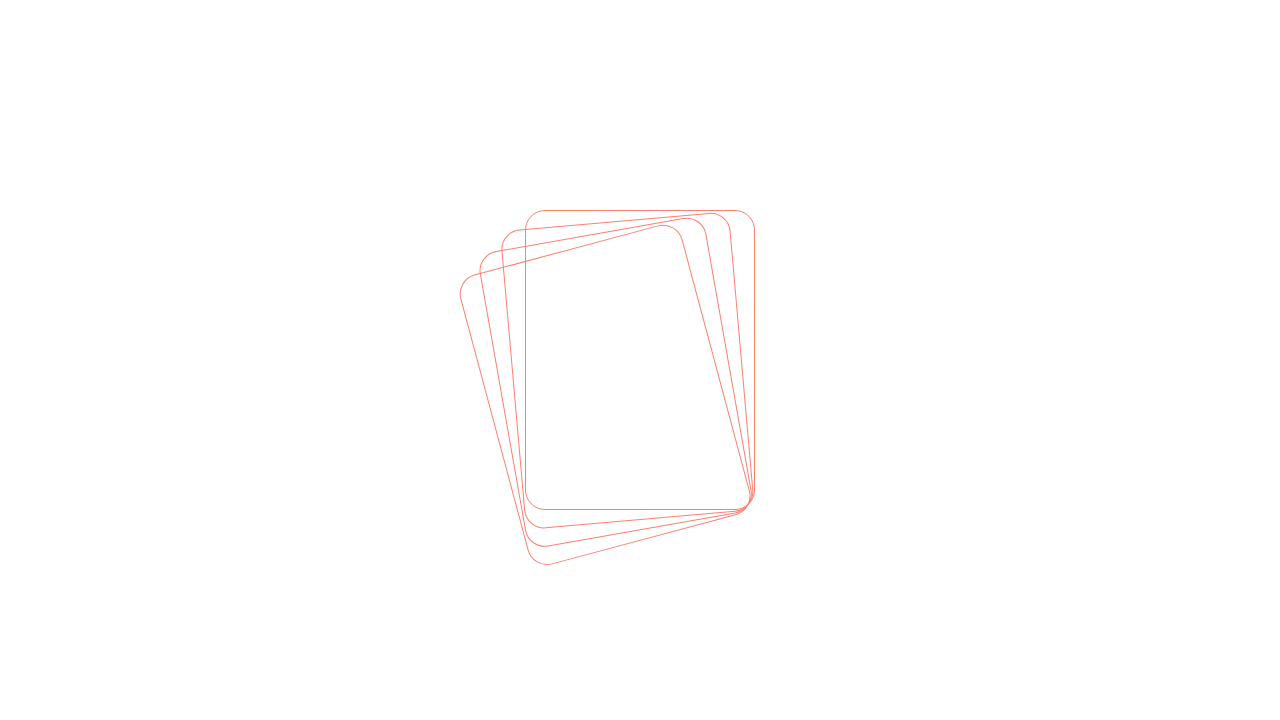
Repository: Chiranshukapil/html_css
Page: cards/index.html
An editor plug-in stored every save of this project. The page is shown before and after the next save, followed by the edit.
The browser window is 1280 px wide. The pictures show the whole page.

Above is the page before, as saved 2024-06-09 00:17:07.

### cards/index.html
<!DOCTYPE html>
<html lang="en">
    <head>
        <meta charset="UTF-8">
        <meta name="viewport" content="width=device-width, initial-scale=1.0">
        <title>Pokemon Cards</title>
        <link rel="stylesheet" href="style.css">
    </head>
    <body>
        <div id="main">
            <div id="card1" class="card"></div>
            <div id="card2" class="card"></div>
            <div id="card3" class="card"></div>
            <div id="card4" class="card"></div>

        </div>
    </body>
</html>

### cards/style.css
*{
    margin: 0%;
    padding: 0%;
    box-sizing: border-box;
}

html,body{
    height: 100%;
    width: 100%;

}

#main{
    width: 100%;
    height: 100%;
    /* display: flex;
    align-items: center;
    justify-content: center; */
}

.card{
    position: absolute;
    top: 50%;
    left: 50%;
    transform: translate(-50%,-50%);
    height: 300px;
    width: 230px;
    border: 1px solid salmon;
    border-radius: 20px;

}

#card1{
    z-index: 4;
    transform-origin: center;
}
#card2{
    z-index: 3;
    transform-origin: center;
    rotate: -5deg;
}
#card3{
    z-index: 2;
    transform-origin: center;
    rotate: -10deg;
}
#card4{
    transform-origin: center;
    z-index: 1;
    rotate: -15deg;
}

After the next save:
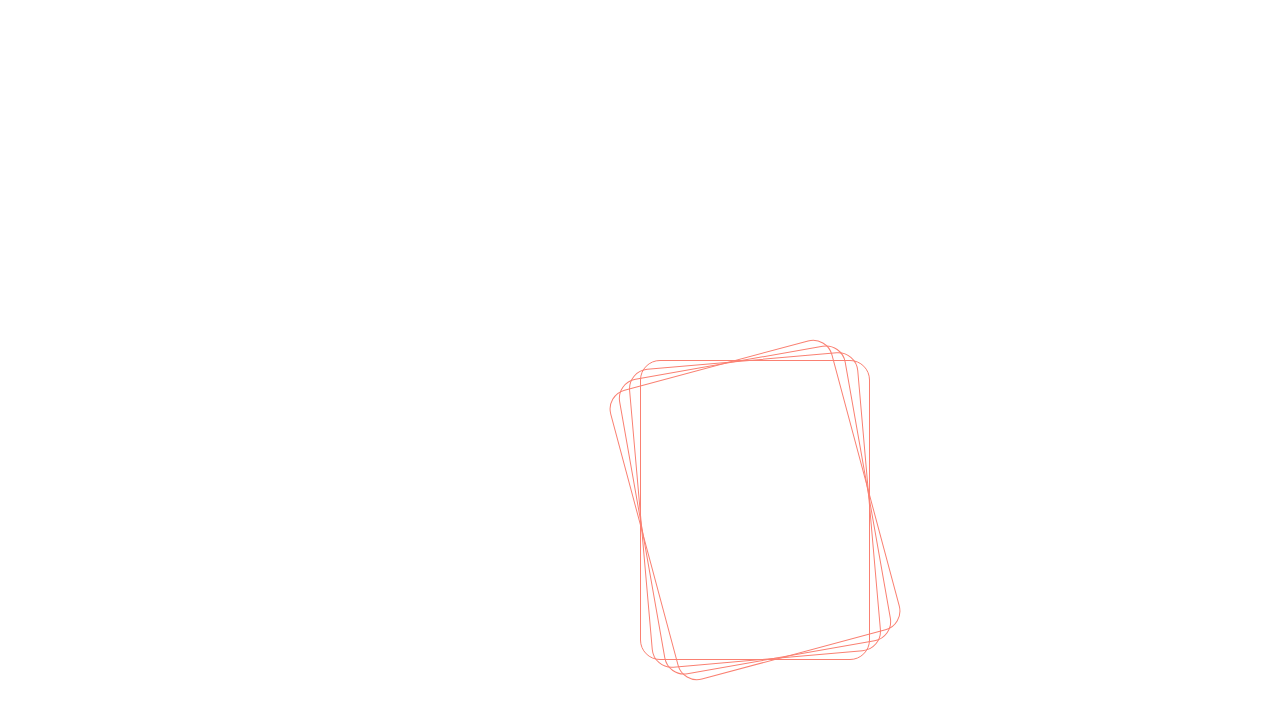
Saved 10 s later.
--- a/cards/style.css
+++ b/cards/style.css
@@ -22,7 +22,7 @@ html,body{
     position: absolute;
     top: 50%;
     left: 50%;
-    transform: translate(-50%,-50%);
+    /* transform: translate(-50%,-50%); */
     height: 300px;
     width: 230px;
     border: 1px solid salmon;
